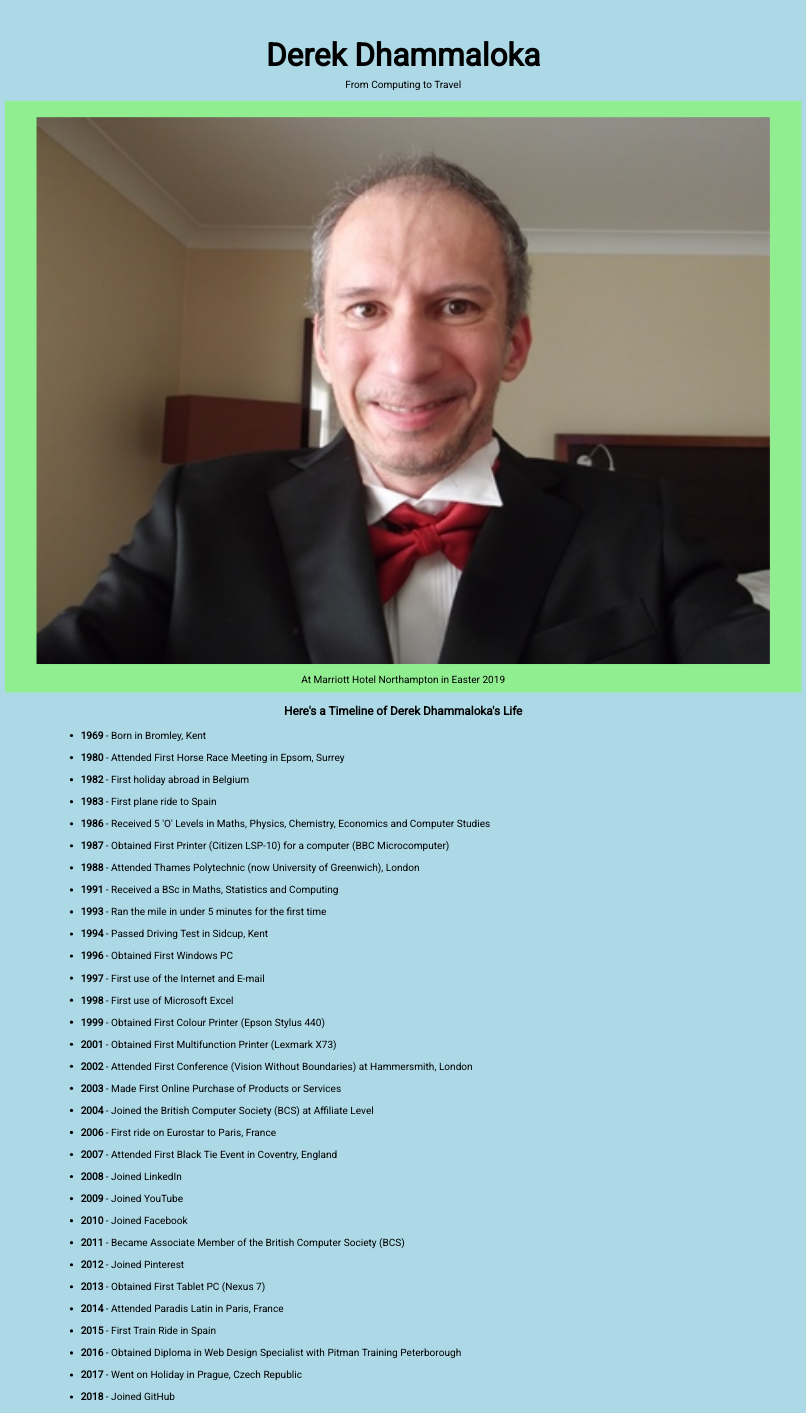
Repository: derektypist/tribute-page
Page: index.html
The author's editor kept a record of every edit. The page is drawn from the files as they stood at one moment, then again after the next edit.
The browser window is 1280 px wide. The pictures show the whole page, at 63% of full size.

Above is the page before.

### index.html
<!DOCTYPE html>
<html lang="en">

<head>
    <meta charset="UTF-8">
    <meta name="viewport" content="width=device-width, initial-scale=1.0">
    <meta http-equiv="X-UA-Compatible" content="ie=edge">
    <title>Derek Dhammaloka Tribute Page</title>
    <!-- Load Style Sheets -->
    <link href="https://fonts.googleapis.com/css?family=Roboto&display=swap" rel="stylesheet">
    <style>
        /* Main Styles */

        #main {
            font-family: "Roboto", Arial, Verdana, sans-serif;
            background-color: lightblue;
            text-align: center;
        }


        /* Title */

        #title {
            font-weight: 700;
            font-size: 50px;
            position: relative;
            top: 25px;
        }


        /* Images */

        #img-div {
            background-color: lightgreen;
            padding: 10px;
        }

        #image {
            width: 100%;
            display: block;
            height: auto;
        }

        #img-caption {
            position: relative;
            top: 15px;
        }

        /* Tribute Info */

        #tribute-info {
            text-align: left;
            margin-left: 80px;
        }
    </style>
</head>

<body id="main">
    <!-- Set Header Element -->
    <header>
        <h1 id="title">Derek Dhammaloka</h1>
        <p>From Computing to Travel</p>
    </header>

    <!-- Set Main Element -->
    <main>

        <!-- Display Image with its Caption -->
        <div id="img-div">

            <figure>
                <img src="derek.JPG" id="image" title="At Marriott Hotel Northampton in Easter 2019" alt="At Marriott Hotel Northampton in Easter 2019">
                <figcaption id="img-caption">At Marriott Hotel Northampton in Easter 2019</figcaption>
            </figure>
        </div>
        <section>
            <h3>Here's a Timeline of Derek Dhammaloka's Life</h3>
            <!-- Display Tribute Information -->
            <article id="tribute-info">
                <!-- Display Information for 1969 -->
                <ul>
                    <li><strong>1969 </strong>- Born in Bromley, Kent</li>
                </ul>

                <!-- Display Information for 1980 -->
                <ul>
                    <li><strong>1980 </strong>- Attended First Horse Race Meeting in Epsom, Surrey</li>
                </ul>

                <!-- Display Information for 1982 -->
                <ul>
                    <li><strong>1982 </strong>- First holiday abroad in Belgium</li>
                </ul>

                <!-- Display Information for 1983 -->
                <ul>
                    <li><strong>1983 </strong>- First plane ride to Spain</li>
                </ul>

                <!-- Display Information for 1986 -->
                <ul>
                    <li><strong>1986 </strong>- Received 5 'O' Levels in Maths, Physics, Chemistry, Economics and Computer Studies</li>
                </ul>

                <!-- Display Information for 1987 -->
                <ul>
                    <li><strong>1987 </strong>- Obtained First Printer (Citizen LSP-10) for a computer (BBC Microcomputer)</li>
                </ul>

                <!-- Display Information for 1988 -->
                <ul>
                    <li><strong>1988 </strong>- Attended Thames Polytechnic (now University of Greenwich), London</li>
                </ul>

                <!-- Display Information for 1991 -->
                <ul>
                    <li><strong>1991 </strong>- Received a BSc in Maths, Statistics and Computing</li>
                </ul>

                <!-- Display Information for 1993 -->
                <ul>
                    <li><strong>1993 </strong>- Ran the mile in under 5 minutes for the first time</li>
                </ul>

                <!-- Display Information for 1994 -->
                <ul>
                    <li><strong>1994 </strong>- Passed Driving Test in Sidcup, Kent</li>
                </ul>

                <!-- Display Information for 1996 -->
                <ul>
                    <li><strong>1996 </strong>- Obtained First Windows PC</li>
                </ul>

                <!-- Display Information for 1997 -->
                <ul>
                    <li><strong>1997 </strong>- First use of the Internet and E-mail</li>
                </ul>

                <!-- Display Information for 1998 -->
                <ul>
                    <li><strong>1998 </strong>- First use of Microsoft Excel</li>
                </ul>

                <!-- Display Information for 1999 -->
                <ul>
                    <li><strong>1999 </strong>- Obtained First Colour Printer (Epson Stylus 440)</li>
                </ul>

                <!-- Display Information for 2001 -->
                <ul>
                    <li><strong>2001 </strong>- Obtained First Multifunction Printer (Lexmark X73)</li>
                </ul>

                <!-- Display Information for 2002 -->
                <ul>
                    <li><strong>2002 </strong>- Attended First Conference (Vision Without Boundaries) at Hammersmith, London</li>
                </ul>

                <!-- Display Information for 2003 -->
                <ul>
                    <li><strong>2003 </strong>- Made First Online Purchase of Products or Services</li>
                </ul>

                <!-- Display Information for 2004 -->
                <ul>
                    <li><strong>2004 </strong>- Joined the British Computer Society (BCS) at Affiliate Level</li>
                </ul>

                <!-- Display Information for 2006 -->
                <ul>
                    <li><strong>2006 </strong>- First ride on Eurostar to Paris, France</li>
                </ul>

                <!-- Display Information for 2007 -->
                <ul>
                    <li><strong>2007 </strong>- Attended First Black Tie Event in Coventry, England</li>
                </ul>

                <!-- Display Information for 2008 -->
                <ul>
                    <li><strong>2008 </strong>- Joined LinkedIn</li>
                </ul>

                <!-- Display Information for 2009 -->
                <ul>
                    <li><strong>2009 </strong>- Joined YouTube</li>
                </ul>

                <!-- Display Information for 2010 -->
                <ul>
                    <li><strong>2010 </strong>- Joined Facebook</li>
                </ul>

                <!-- Display Information for 2011 -->
                <ul>
                    <li><strong>2011 </strong>- Became Associate Member of the British Computer Society (BCS)</li>
                </ul>

                <!-- Display Information for 2012 -->
                <ul>
                    <li><strong>2012 </strong>- Joined Pinterest</li>
                </ul>

                <!-- Display Information for 2013 -->
                <ul>
                    <li><strong>2013 </strong>- Obtained First Tablet PC (Nexus 7)</li>
                </ul>

                <!-- Display Information for 2014 -->
                <ul>
                    <li><strong>2014 </strong>- Attended Paradis Latin in Paris, France</li>
                </ul>

                <!-- Display Information for 2015 -->
                <ul>
                    <li><strong>2015 </strong>- First Train Ride in Spain</li>
                </ul>

                <!-- Display Information for 2016 -->
                <ul>
                    <li><strong>2016 </strong>- Obtained Diploma in Web Design Specialist with Pitman Training Peterborough</li>
                </ul>

                <!-- Display Information for 2017 -->
                <ul>
                    <li><strong>2017 </strong>- Went on Holiday in Prague, Czech Republic</li>
                </ul>

                <!-- Display Information for 2018 -->
                <ul>
                    <li><strong>2018 </strong>- Joined GitHub</li>
                </ul>


            </article>
        </section>
    </main>
</body>

</html>

After the next edit:
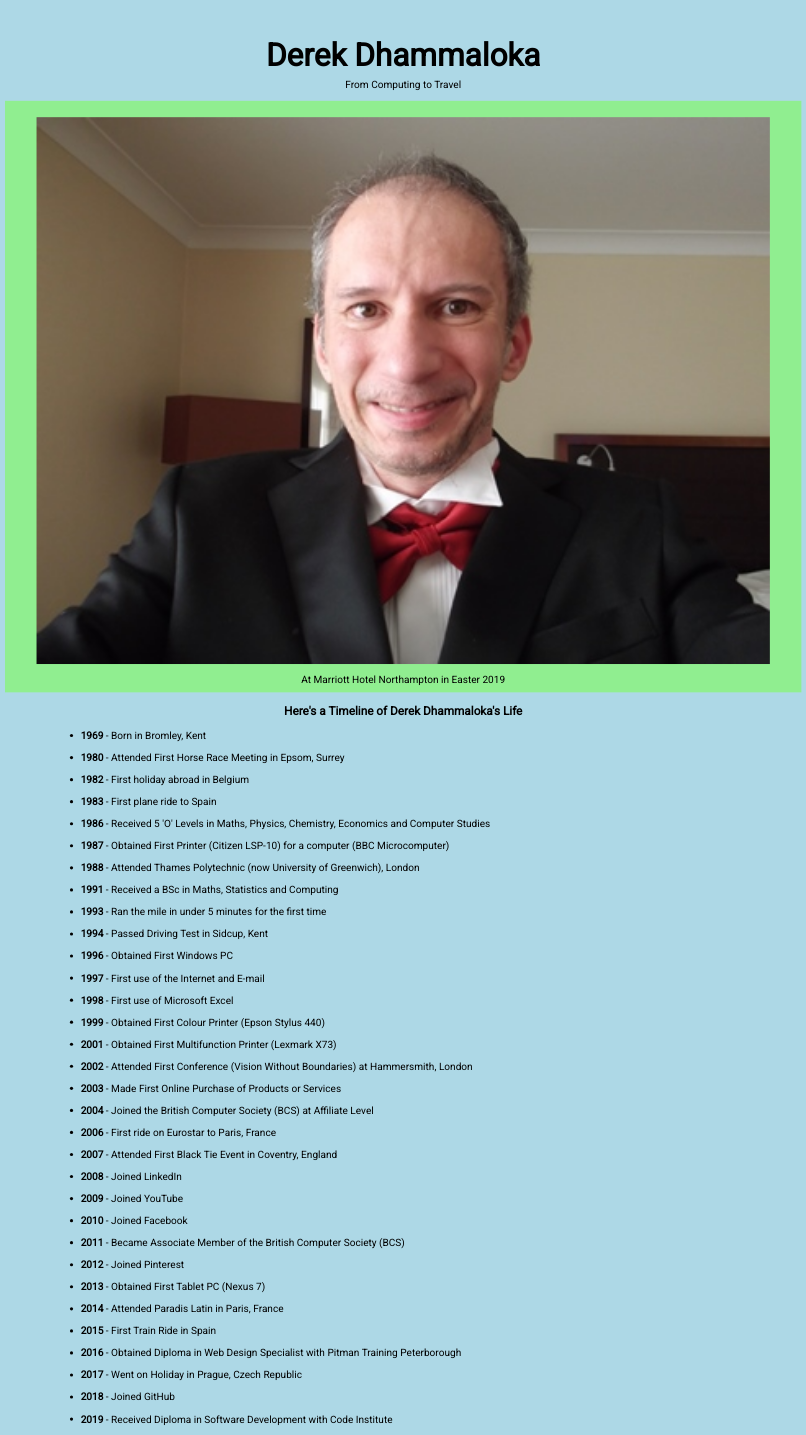
The edit:
--- a/index.html
+++ b/index.html
@@ -232,6 +232,10 @@
                     <li><strong>2018 </strong>- Joined GitHub</li>
                 </ul>
 
+                <!-- Display Information for 2019 -->
+                <ul>
+                    <li><strong>2019 </strong> - Received Diploma in Software Development with Code Institute</li>
+                </ul>
 
             </article>
         </section>
